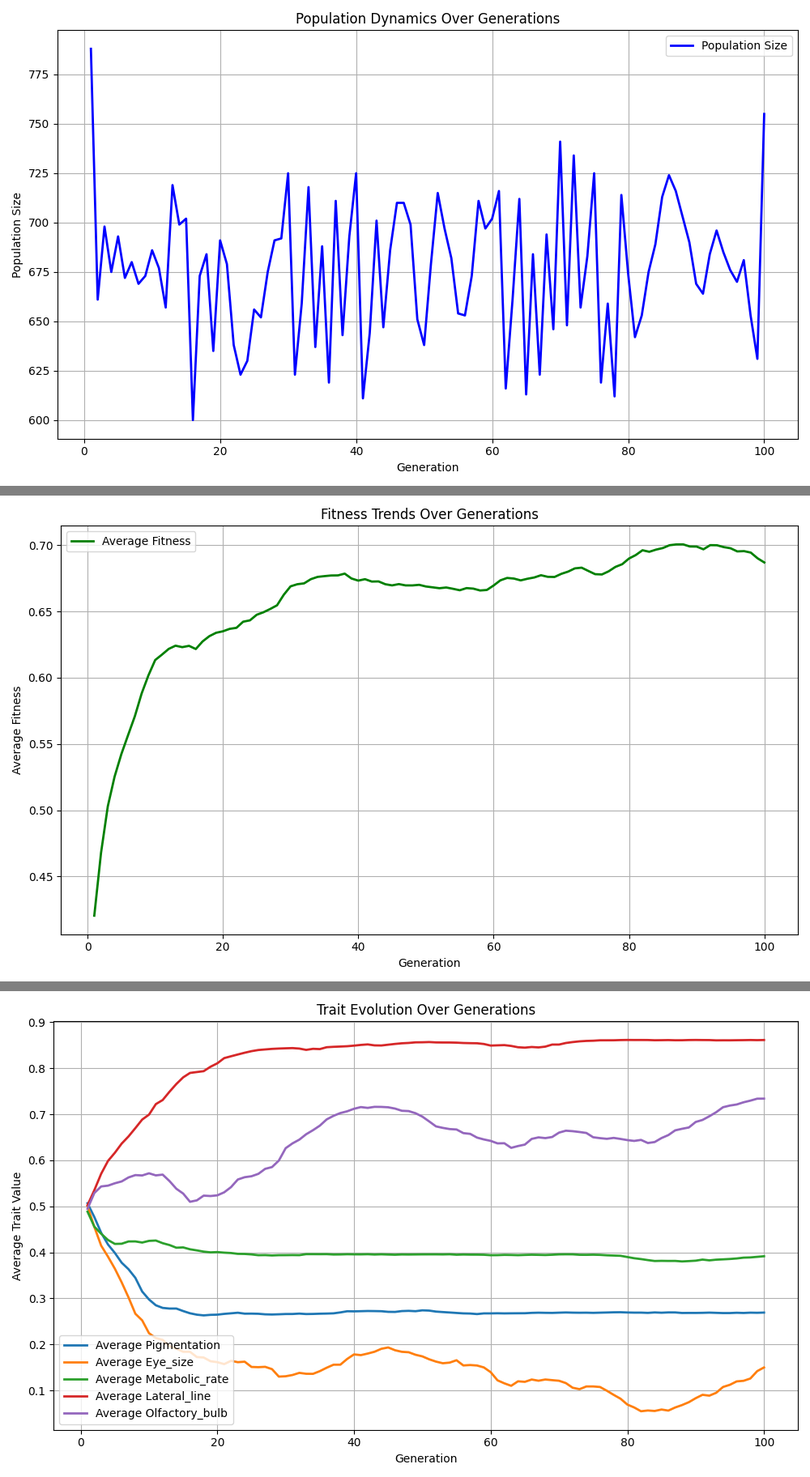
Repository: Christopher-Xu1/CaveEvolutionSimulator
Script's output: python src/simulation.py
An editor plug-in stored every save of this project. The script's output is shown before and after the next save, followed by the edit.
The pictures are shown at 81% of full size.
Each picture stacks the figures in order, with grey between them; figures that are only written to a file come last. Random numbers start from a fixed seed.

Above is the script's output before, as saved 2024-12-20 17:23:27.

After the next save:
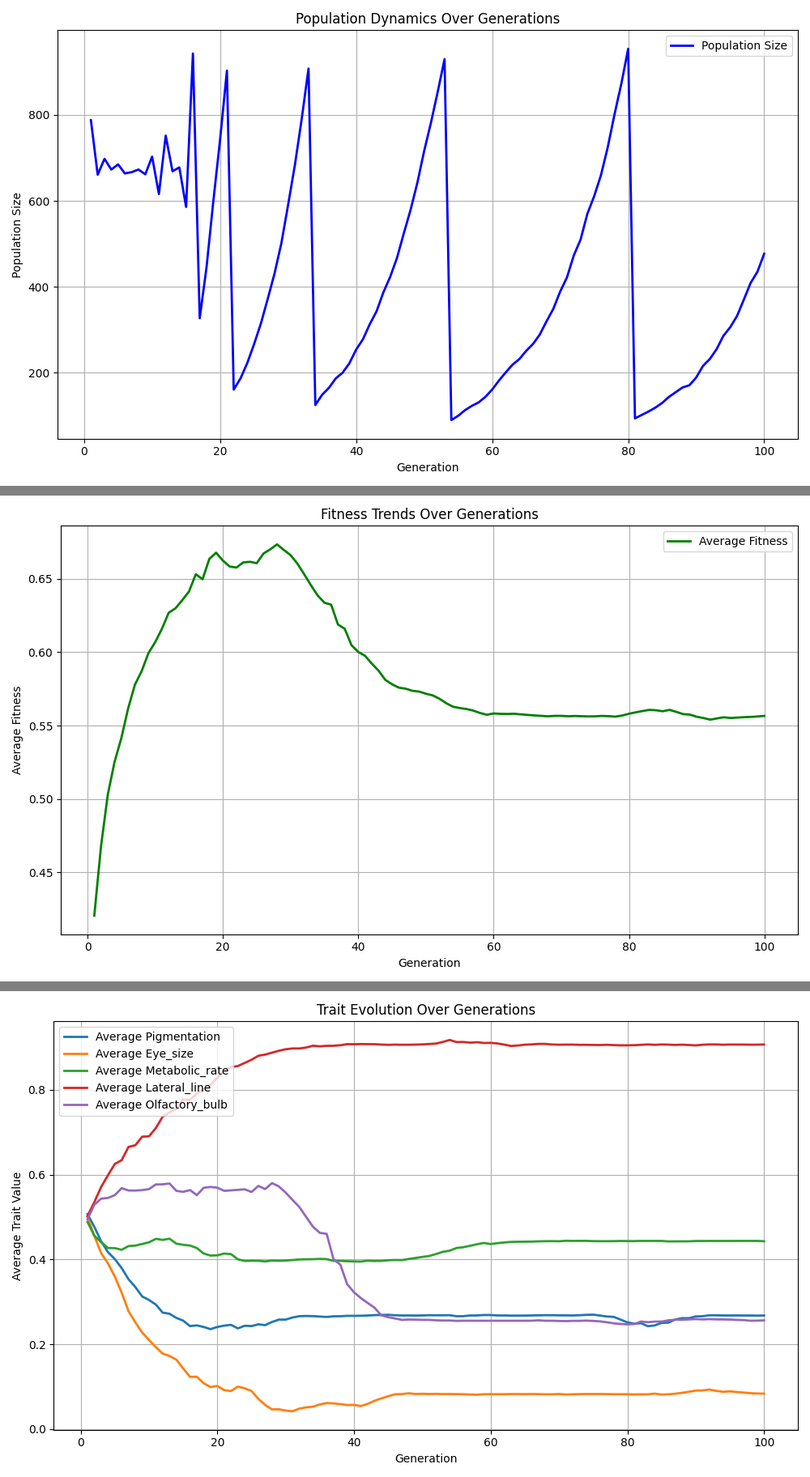
Saved 7 s later.
--- a/src/simulation.py
+++ b/src/simulation.py
@@ -41,7 +41,6 @@ def run_simulation(
     resource_usage_over_time = []
 
     for generation in range(1, num_generations + 1):
-        environment.replenish_food()
         for patch in environment.patches:
             update_optimal_traits(patch)
 
